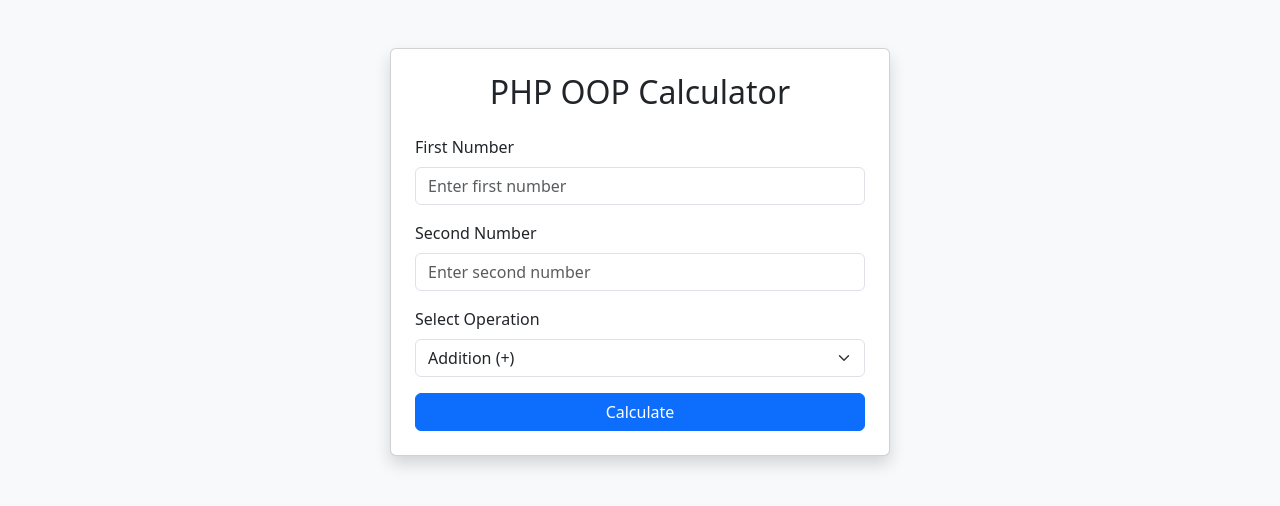
Repository: karkinoob/SimpleCalculator
Page: http://localhost/
An editor plug-in stored every save of this project. The page is shown before and after the next save, followed by the edit.
The browser window is 1280 px wide. The pictures show the whole page.
The page is run by PHP 8.4 with error messages shown; the project is at /var/www/html/.

Above is the page before, as saved 2025-05-08 17:23:09.

### index.php
<?php
class Calculator {
  private $num1;
  private $num2;

  public function __construct($num1,$num2) {
    $this->num1 = $num1;
    $this->num2 = $num2;
  }
  function add () {
    return $this->num1 + $this->num2;
  }
  function substract() {
    $this->num1 - $this->num2;
  }
  function multiply () {
    $this->num1 * $this->num2;
  }
  function divide () {
    if ($this->num2 == 0) {
      echo "Cannot divided by zero";
    } else {
      $this->num1 / $this->num2;
    }
  }
}
$result = "";
         if ($_SERVER["REQUEST_METHOD"] == "POST") {
            $num1 = $_POST["num1"];
            $num2 = $_POST["num2"];

         }

?>
<!DOCTYPE html>
<html lang="en">
<head>
    <meta charset="UTF-8">
    <title>OOP Calculator</title>
    <meta name="viewport" content="width=device-width, initial-scale=1">

    <link href="https://cdn.jsdelivr.net/npm/bootstrap@5.3.6/dist/css/bootstrap.min.css" rel="stylesheet">
</head>
<body class="bg-light">

<div class="container mt-5">
    <div class="card shadow p-4 mx-auto" style="max-width: 500px;">
        <h2 class="mb-4 text-center">PHP OOP Calculator</h2>
        <form method="POST">
            <div class="mb-3">
                <label for="num1" class="form-label">First Number</label>
                <input type="number" step="any" name="num1" class="form-control" required placeholder="Enter first number">
            </div>
            <div class="mb-3">
                <label for="num2" class="form-label">Second Number</label>
                <input type="number" step="any" name="num2" class="form-control" required placeholder="Enter second number">
            </div>
            <div class="mb-3">
                <label for="operation" class="form-label">Select Operation</label>
                <select name="operation" class="form-select" required>
                    <option value="add">Addition (+)</option>
                    <option value="subtract">Subtraction (-)</option>
                    <option value="multiply">Multiplication (×)</option>
                    <option value="divide">Division (÷)</option>
                </select>
            </div>
            <button type="submit" class="btn btn-primary w-100">Calculate</button>
        </form>

        <!-- <?php if ($result !== ""): ?>
            <div class="alert alert-info text-center mt-4">
                <strong>Result:</strong> <?= $result ?> -->
            </div>
        <?php endif; ?>
    </div>
</div>

</body>
</html>

After the next save:
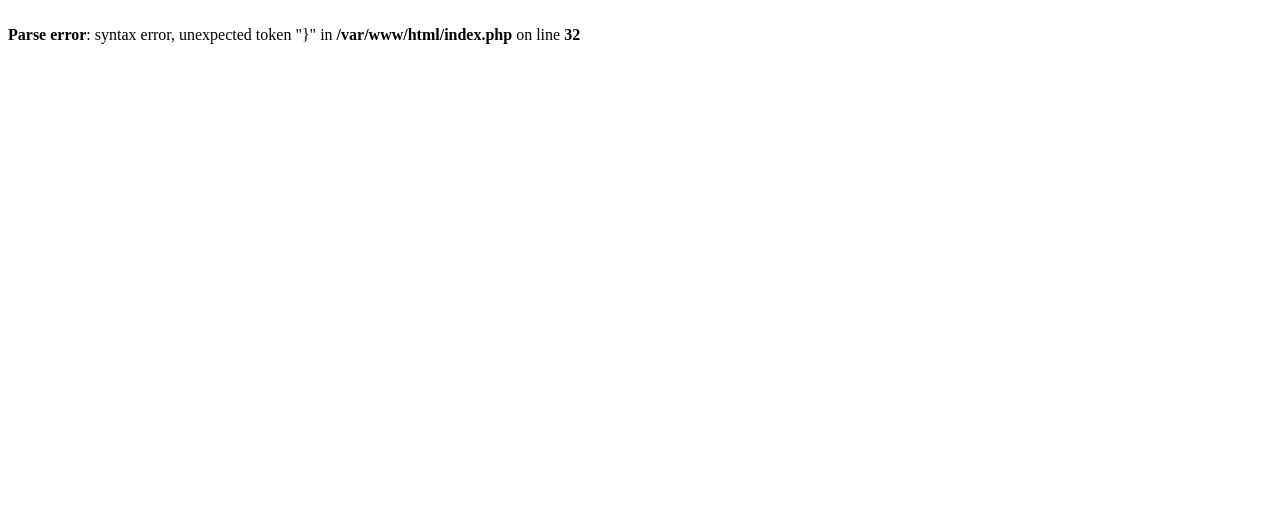
Saved 82 s later.
--- a/index.php
+++ b/index.php
@@ -28,7 +28,7 @@
          if ($_SERVER["REQUEST_METHOD"] == "POST") {
             $num1 = $_POST["num1"];
             $num2 = $_POST["num2"];
-
+            $oper
          }
 
 ?>
